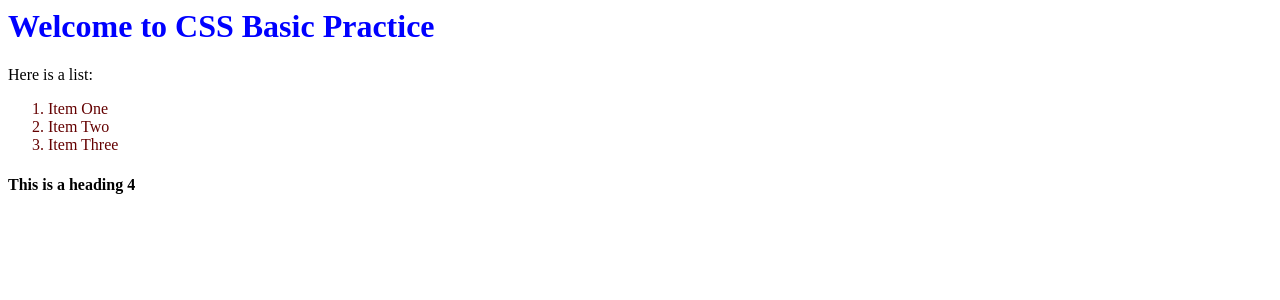
Repository: MonwarAdeeb/Bista_Solutions
Page: HTML & CSS/CSS/Level One/Level_One.html
An editor plug-in stored every save of this project. The page is shown before and after a run of saves, followed by the edit.
The browser window is 1280 px wide. The pictures show the whole page.

Above is the page before, as saved 2021-05-19 16:03:38.

### HTML & CSS/CSS/Level One/Level_One.html
<html lang="en">
<head>
    <meta charset="UTF-8">
    <meta http-equiv="X-UA-Compatible" content="IE=edge">
    <meta name="viewport" content="width=device-width, initial-scale=1.0">
    <title>CSS Basics</title>
    <link rel="stylesheet" href="Level_One_CSS.css">
</head>
<body>
    <h1>Welcome to CSS Basic Practice</h1>

    <p>Here is a list:</p>

    <ol>
        <li>Item One</li>
        <li>Item Two</li>
        <li>Item Three</li>
    </ol>

    <h4>This is a heading 4</h4>
</body>
</html>

### HTML & CSS/CSS/Level One/Level_One_CSS.css
/* General Format */
/* selected tag{
    property: value;
} */

h1 {
  color: blue;
}

li {
  color: rgb(100, 0, 0);
}

After the next 4 saves:
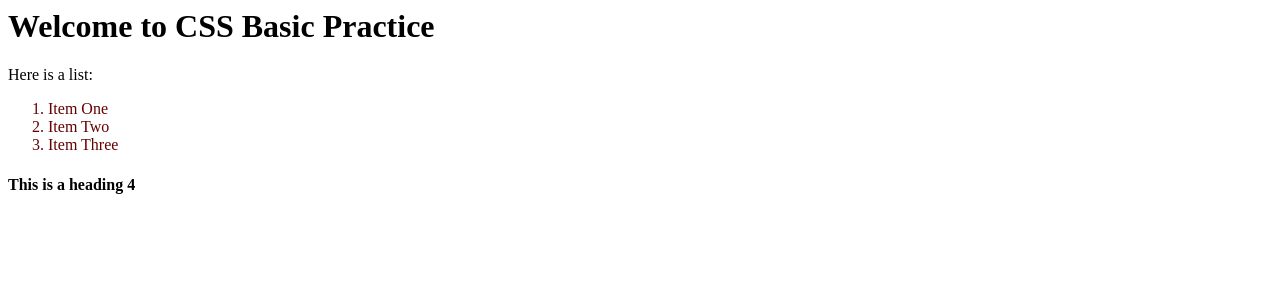
The 4 saves are shown as one change because they came seconds apart.
The last was saved 29 s later.
--- a/HTML & CSS/CSS/Level One/Level_One_CSS.css
+++ b/HTML & CSS/CSS/Level One/Level_One_CSS.css
@@ -4,7 +4,7 @@
 } */
 
 h1 {
-  color: blue;
+  color: rgb(100, 0, blue);
 }
 
 li {

After the 3 saves that followed:
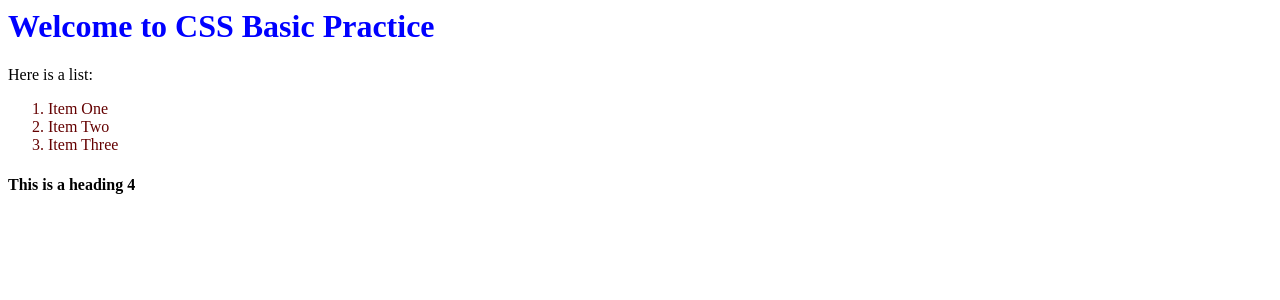
The 3 saves are shown as one change because 1 left the picture as it was and some came seconds apart.
The last was saved 9 s later.
--- a/HTML & CSS/CSS/Level One/Level_One_CSS.css
+++ b/HTML & CSS/CSS/Level One/Level_One_CSS.css
@@ -4,7 +4,7 @@
 } */
 
 h1 {
-  color: rgb(100, 0, blue);
+  color: rgb(0, 0, 255);
 }
 
 li {
